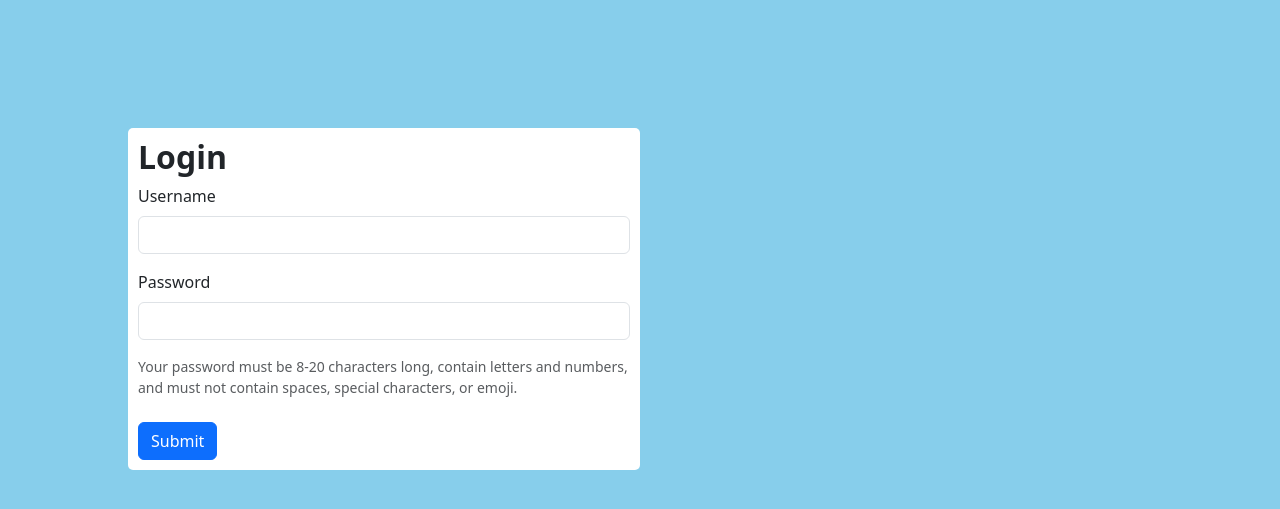
Repository: sarathraj2002/todo-list
Page: login.html
An editor plug-in stored every save of this project. The page is shown before and after the next save, followed by the edit.
The browser window is 1280 px wide. The pictures show the whole page.

Above is the page before, as saved 2024-09-05 11:13:30.

### login.html
<!DOCTYPE html>
<html lang="en">
<head>
    <meta charset="UTF-8">
    <meta name="viewport" content="width=device-width, initial-scale=1.0">
    <title>login</title>
    <link rel="stylesheet" href="bootstrap.min.css">
    <link rel="stylesheet" href="style.css">
</head>
<body>

    <form class="form">
        <h2><b>Login</b></h2>
        <div class="mb-3">
          <label for="exampleInputUsername1" class="form-label">Username</label>
          <input type="test" class="form-control" id="username" >

        </div>
        <div class="mb-3 ">
          <label for="exampleInputPassword1" class="form-label">Password</label>
          <input type="password" class="form-control" id="password">
        </div>
        <div id="passwordHelpBlock" class="form-text">
            Your password must be 8-20 characters long, contain letters and numbers, and must not contain spaces, special characters, or emoji.
          </div>
          <br>

        <button type="submit" class="btn btn-primary">Submit</button>
      </form>

    <script src="script.js"></script>
</body>
</html>

### style.css
body{
    background-color: skyblue;
    background-size: cover;
}
.container{
    height: 100px;
    padding-top: 10%;

}
.form{
    height: 100%;
    width: 40%;
    padding: 10px;
    border-color:black;
    margin-left: 10%;
    border-radius: 5px;
    background-color: white;
    margin-top: 10%;
}

Loaded but not shown: bootstrap.min.css (library); script.js (no stored copy; drawn as an empty file)

After the next save:
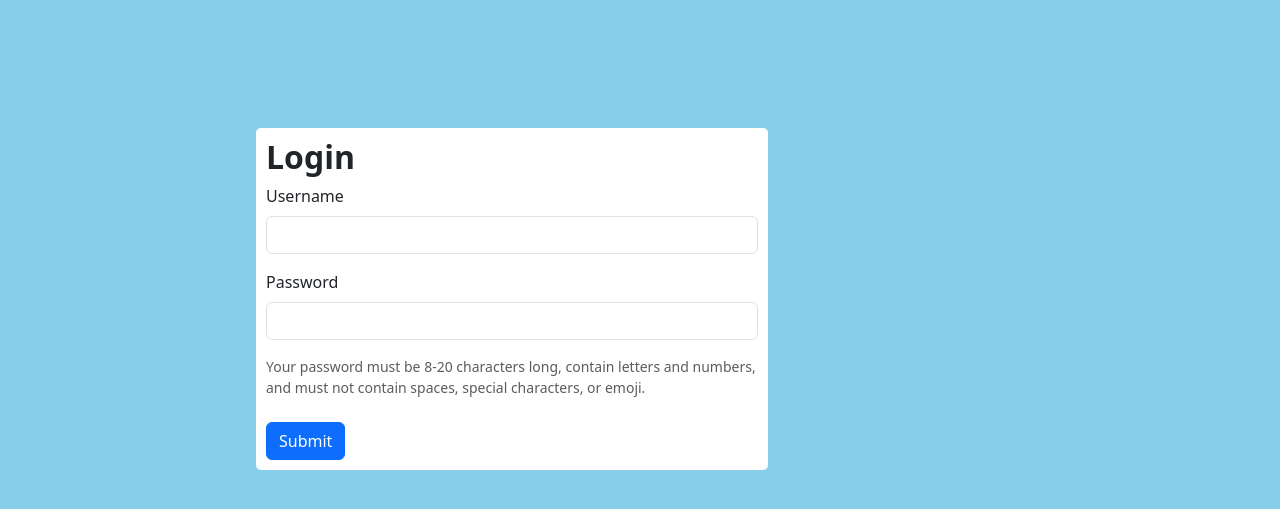
Saved 10 s later.
--- a/style.css
+++ b/style.css
@@ -12,7 +12,7 @@ body{
     width: 40%;
     padding: 10px;
     border-color:black;
-    margin-left: 10%;
+    margin-left: 20%;
     border-radius: 5px;
     background-color: white;
     margin-top: 10%;
